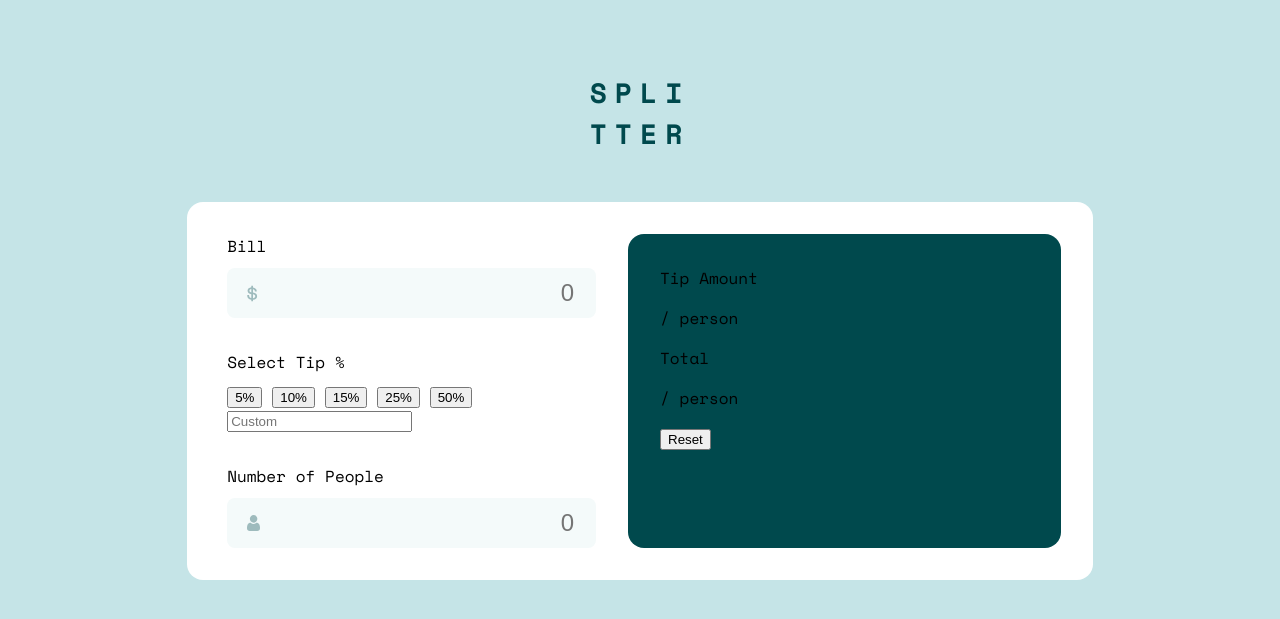
Repository: Jay-JYKim91/FM_tip-calculator
Page: index.html
An editor plug-in stored every save of this project. The page is shown before and after the next save, followed by the edit.
The browser window is 1280 px wide. The pictures show the whole page.

Above is the page before, as saved 2021-12-21 21:48:35.

After the next save:
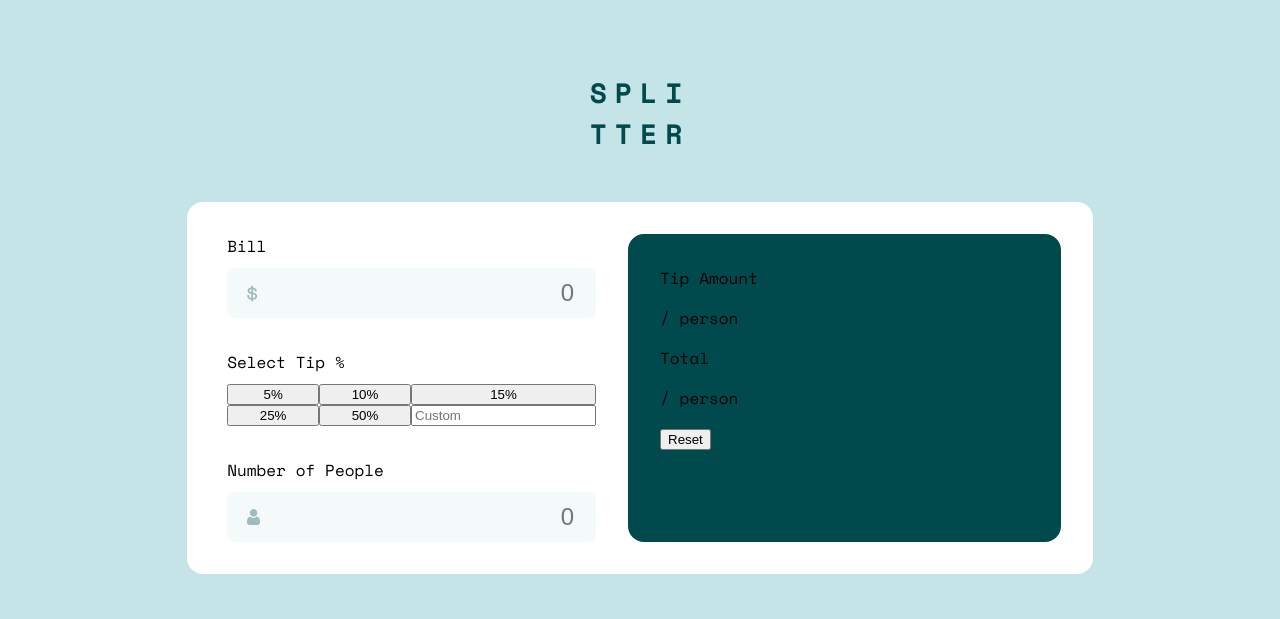
Saved 8 min 54 s later.
--- a/style.css
+++ b/style.css
@@ -41,6 +41,10 @@ body {
 .input_wrapper div:last-child {
   margin-bottom: 0;
 }
+.tip_options {
+  display: grid;
+  grid-template-columns: repeat(3, 1fr);
+}
 .title {
   margin: 0 0 10px 0;
 }
